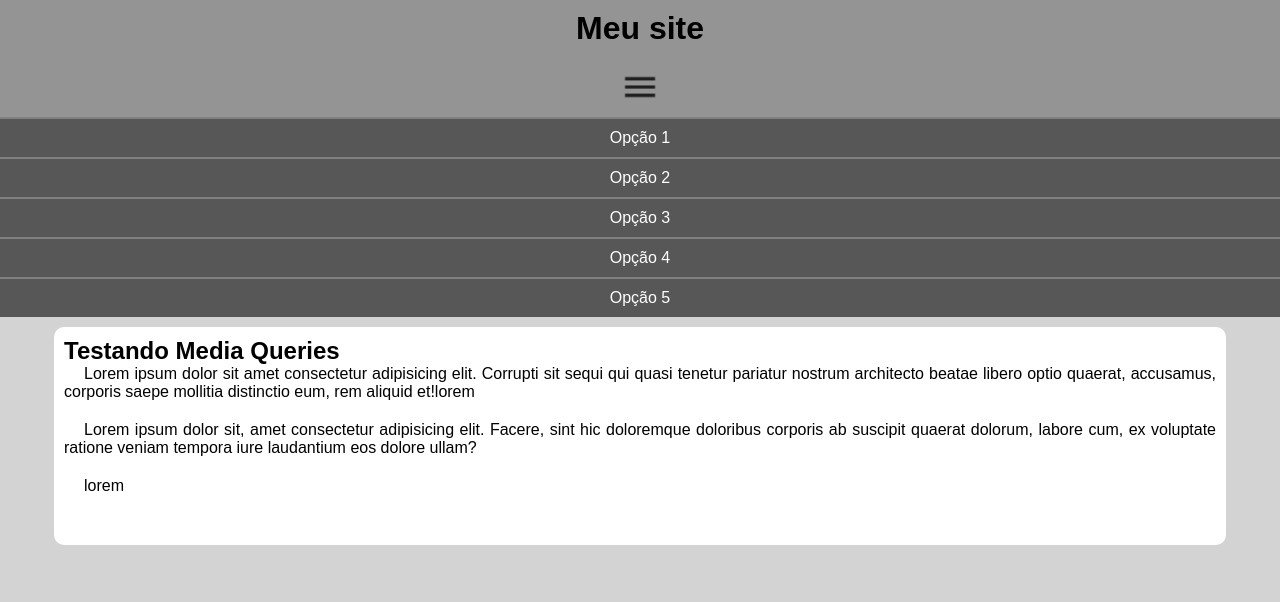
Repository: Sandro1969-tech/menu-hamburger
Page: index.html
These files come from the project's save history. The page is drawn as it stood at one moment and after the next save; the edit follows.
The browser window is 1280 px wide. The pictures show the whole page.

Above is the page before, as saved 2025-12-25 19:16:56.

After the next save:
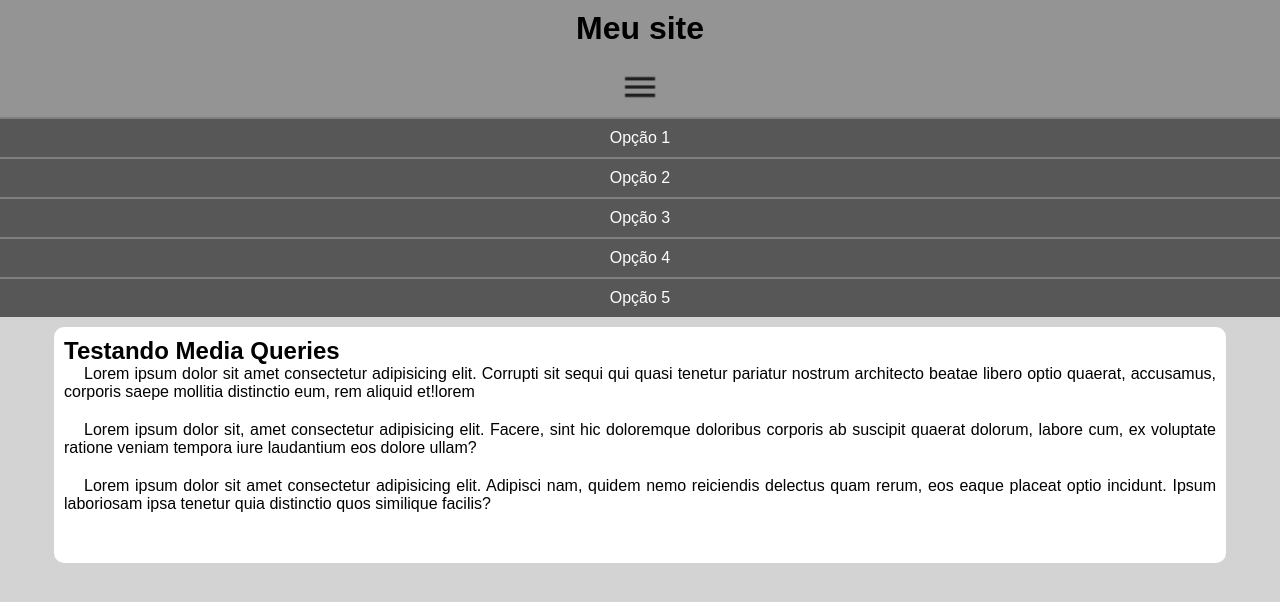
Saved 1 s later.
--- a/index.html
+++ b/index.html
@@ -42,7 +42,7 @@
       <h2>Testando Media Queries</h2>
       <p>Lorem ipsum dolor sit amet consectetur adipisicing elit. Corrupti sit sequi qui quasi tenetur pariatur nostrum architecto beatae libero optio quaerat, accusamus, corporis saepe mollitia distinctio eum, rem aliquid et!lorem</p>
       <p>Lorem ipsum dolor sit, amet consectetur adipisicing elit. Facere, sint hic doloremque doloribus corporis ab suscipit quaerat dolorum, labore cum, ex voluptate ratione veniam tempora iure laudantium eos dolore ullam?</p>
-      <p>lorem</p>
+      <p>Lorem ipsum dolor sit amet consectetur adipisicing elit. Adipisci nam, quidem nemo reiciendis delectus quam rerum, eos eaque placeat optio incidunt. Ipsum laboriosam ipsa tenetur quia distinctio quos similique facilis?</p>
     </article>
   </main>
 </body>
